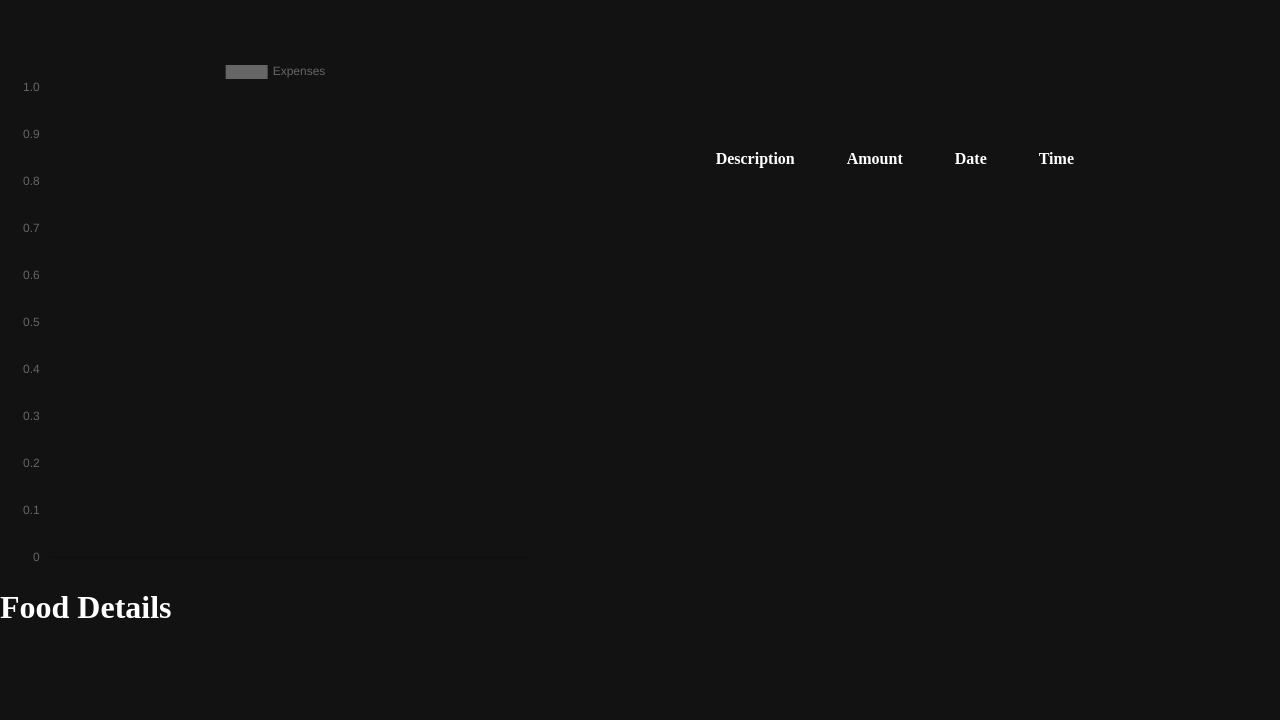
Repository: sarthak-tyagi123/expensetracker12
Page: http://localhost/food_insights
The author's editor kept a copy of each file at every save. The page is drawn from the files as they stood at one save, then again after a run of saves.
The browser window is 1280 px wide. The pictures show the whole page.
The page is served by the project's Node server (app.js).

Above is the page before, as saved 2025-07-01 16:51:11.

### views/food_insights.ejs
<!DOCTYPE html>
<html lang="en">
<head>
    <meta charset="UTF-8">
    <meta name="viewport" content="width=device-width, initial-scale=1.0">
    <title>Food Insights</title>
    <style>


    body{

      margin: 0;
      padding: 0;
      background-color: #121212;
    }


      .span_box{
      display: flex;
      justify-content: center;
      align-items: center;
      height: 40%;
      width: 40%;
      margin: 20px;


    }


.span2 {
  position: absolute;
  top:120px;
  right:170px;
  padding: 20px;
  color: white;
  max-height: 550px;
  overflow-y: auto;
  padding: 10px;
  scrollbar-width: thin;
  scrollbar-color: black transparent;

}

table {
  color: white;
  width: 100%;
  border-collapse: collapse;
}

th, td {
  padding: 20px 26px;
  text-align: center;

}

.heading{
  color: white;
}




    </style>
</head>
<body>

<br><br>
<span class="span_box">


<canvas id="myChart" width="400px" height="400px"></canvas>


<script src="https://cdn.jsdelivr.net/npm/chart.js"></script>

<script>
  const labels = <%- JSON.stringify(data.map(e => e.description)) %>;
  const amounts = <%- JSON.stringify(data.map(e => Number(e.amount))) %>;

  function getRandomColor(opacity = 0.6) {
    const r = Math.floor(Math.random() * 256);
    const g = Math.floor(Math.random() * 256);
    const b = Math.floor(Math.random() * 256);
    return `rgba(${r}, ${g}, ${b}, ${opacity})`;
  }

  // Generate random background and border colors for each bar
  const backgroundColors = amounts.map(() => getRandomColor(0.6));
  const borderColors = backgroundColors.map(bg => bg.replace(/[\d\.]+\)$/g, '1)'));


  const ctx = document.getElementById('myChart');




  new Chart(ctx, {
    type: 'bar',
    data: {
      labels: labels,
      datasets: [{
        label: 'Expenses',
        data: amounts,
        backgroundColor: backgroundColors,
        borderColor: borderColors,
        borderWidth: 2
      }]
    },
    options: {
      responsive: true,
      scales: {
        y: {
          beginAtZero: true
        }
      }
    }
  });
</script>
 </span>

  <h1 class="heading">Food Details</h1>
 <span class="span2">


<table>
  <tr>
    <th>Description</th>
    <th>Amount</th>
    <th>Date</th>
    <th>Time</th>
  </tr>
</table>
<table>

  <% for(let item of data) { %>
    <tr>
      <td><%= item.description %></td>
      <td><%= item.amount %></td>
      <td><%= item.date %></td>
      <td><%= item.time %></td>
    </tr>
  <% } %>
</table>

</span>
</body>
</html>

### app.js
let express=require("express");
let app=express();
app.use(express.urlencoded({ extended: true }));
app.set("view engine",'ejs');

const path=require("path");
app.use(express.static(path.join(__dirname, 'public')));


app.get("/",function(req,res){
    res.render("home.ejs");
})


const transaction_data=[];
app.post("/transactions",function(req,res){
    const {date,time,amount,category,description } = req.body;
    transaction_data.push({date,time,amount,category,description});
    res.render("transactions.ejs",{data:transaction_data || []});
})

// to get the data from transaction page to insights(category)

app.get("/insights", function (req, res) {

  let categoryAmount_result = {};

  for (let txn of transaction_data) {
    let category = txn.category;
    let amount = parseFloat(txn.amount);

    if (categoryAmount_result [category]) {
      categoryAmount_result [category] += amount;
    } else {
      categoryAmount_result [category] = amount;
    }
  }

  res.render("insights.ejs", { data: categoryAmount_result ,});
});





// to get the data from transaction page to food_insights

app.get("/food_insights", function(req, res) {
  let foodData = [];

  for (let txn of transaction_data) {
    if (txn.category.toLowerCase() === 'food') {
      foodData.push({
        description: txn.description,
        amount: parseFloat(txn.amount),
        date: txn.date,
        time: txn.time
      });
    }
  }

  res.render("food_insights.ejs", { data: foodData });
});





app.listen(3000);

After the next 4 saves:
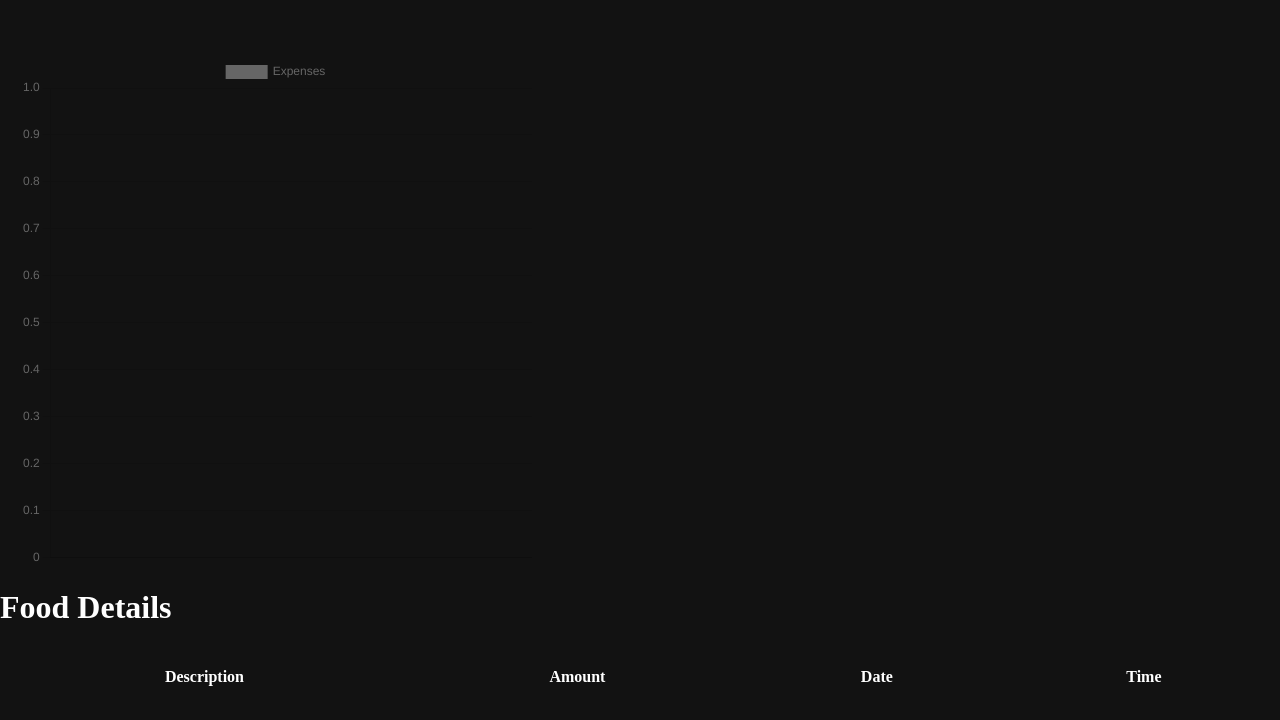
The 4 saves are shown as one change because they came seconds apart.
The last was saved 16 s later.
--- a/views/food_insights.ejs
+++ b/views/food_insights.ejs
@@ -119,10 +119,8 @@ th, td {
  </span>
 
   <h1 class="heading">Food Details</h1>
- <span class="span2">
 
-
-<table>
+<table >
   <tr>
     <th>Description</th>
     <th>Amount</th>
@@ -130,6 +128,11 @@ th, td {
     <th>Time</th>
   </tr>
 </table>
+
+
+ <span class="span2">
+
+
 <table>
 
   <% for(let item of data) { %>
